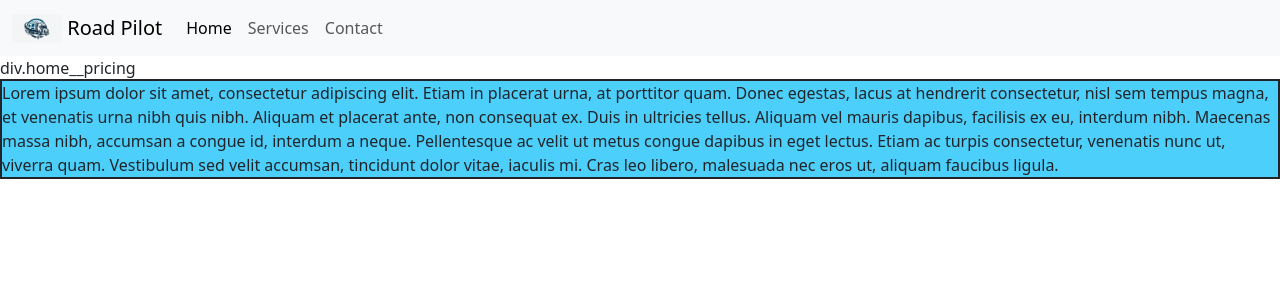
Repository: VictoriousMango/WebCreator
Page: index.html
An editor plug-in stored every save of this project. The page is shown before and after a run of saves, followed by the edit.
The browser window is 1280 px wide. The pictures show the whole page.

Above is the page before, as saved 2024-11-09 13:33:36.

After the next 2 saves:
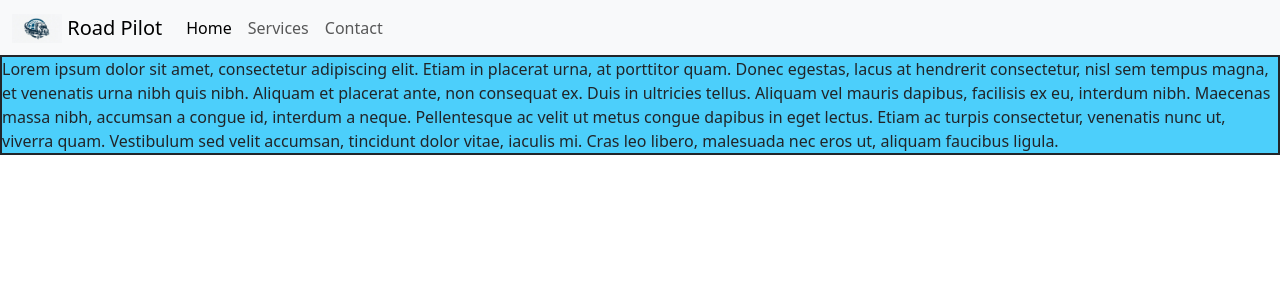
The 2 saves are shown as one change because they came seconds apart.
The last was saved 12 s later.
--- a/index.html
+++ b/index.html
@@ -44,7 +44,8 @@
         <div class="home__service"></div>
         <div class="home__whyChooseUs"></div>
         <div class="home__experience"></div>
-        div.home__pricing
+        <div class="home__pricing"></div>
+
     </main>
     <footer>
         Lorem ipsum dolor sit amet, consectetur adipiscing elit. Etiam in placerat urna, at porttitor quam. Donec egestas, lacus at hendrerit consectetur, nisl sem tempus magna, et venenatis urna nibh quis nibh. Aliquam et placerat ante, non consequat ex. Duis in ultricies tellus. Aliquam vel mauris dapibus, facilisis ex eu, interdum nibh. Maecenas massa nibh, accumsan a congue id, interdum a neque. Pellentesque ac velit ut metus congue dapibus in eget lectus. Etiam ac turpis consectetur, venenatis nunc ut, viverra quam. Vestibulum sed velit accumsan, tincidunt dolor vitae, iaculis mi. Cras leo libero, malesuada nec eros ut, aliquam faucibus ligula.

After the 4 saves that followed:
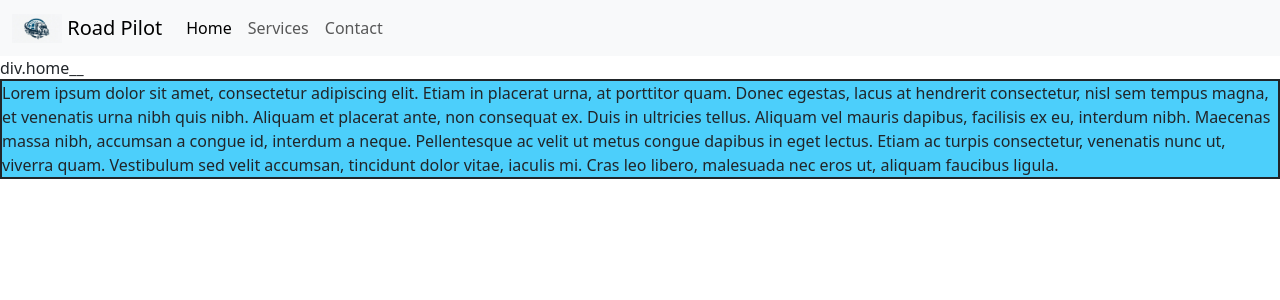
The 4 saves are shown as one change because they came seconds apart.
The last was saved 15 s later.
--- a/index.html
+++ b/index.html
@@ -44,8 +44,8 @@
         <div class="home__service"></div>
         <div class="home__whyChooseUs"></div>
         <div class="home__experience"></div>
-        <div class="home__pricing"></div>
-
+        <div class="home__pricingPlan"></div>
+        div.home__
     </main>
     <footer>
         Lorem ipsum dolor sit amet, consectetur adipiscing elit. Etiam in placerat urna, at porttitor quam. Donec egestas, lacus at hendrerit consectetur, nisl sem tempus magna, et venenatis urna nibh quis nibh. Aliquam et placerat ante, non consequat ex. Duis in ultricies tellus. Aliquam vel mauris dapibus, facilisis ex eu, interdum nibh. Maecenas massa nibh, accumsan a congue id, interdum a neque. Pellentesque ac velit ut metus congue dapibus in eget lectus. Etiam ac turpis consectetur, venenatis nunc ut, viverra quam. Vestibulum sed velit accumsan, tincidunt dolor vitae, iaculis mi. Cras leo libero, malesuada nec eros ut, aliquam faucibus ligula.
